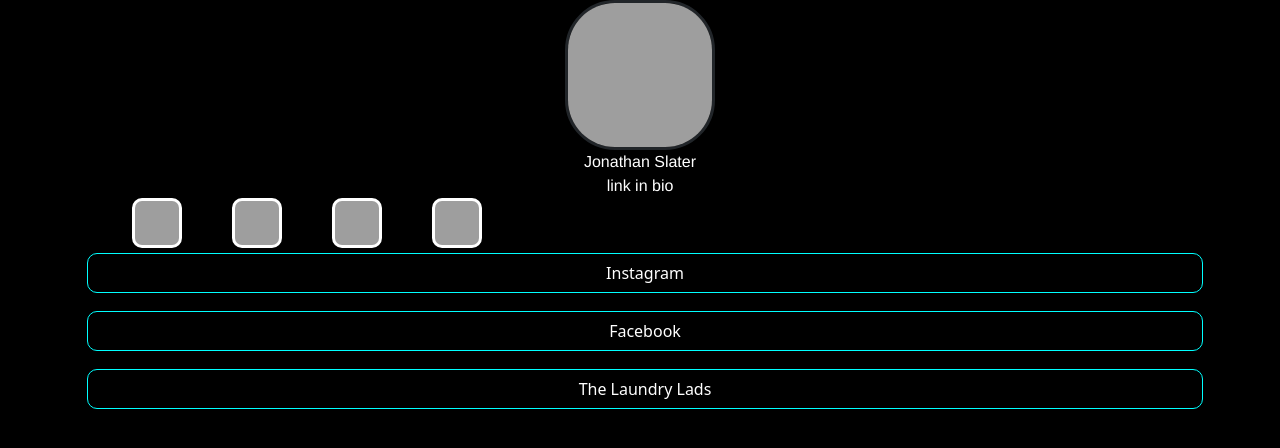
Repository: jontslater/LAB-link-in-bio
Page: index.html
An editor plug-in stored every save of this project. The page is shown before and after the next save, followed by the edit.
The browser window is 1280 px wide. The pictures show the whole page.
Pictures or frames that could not be fetched are drawn as grey boxes.

Above is the page before, as saved 2023-10-15 15:23:37.

After the next save:
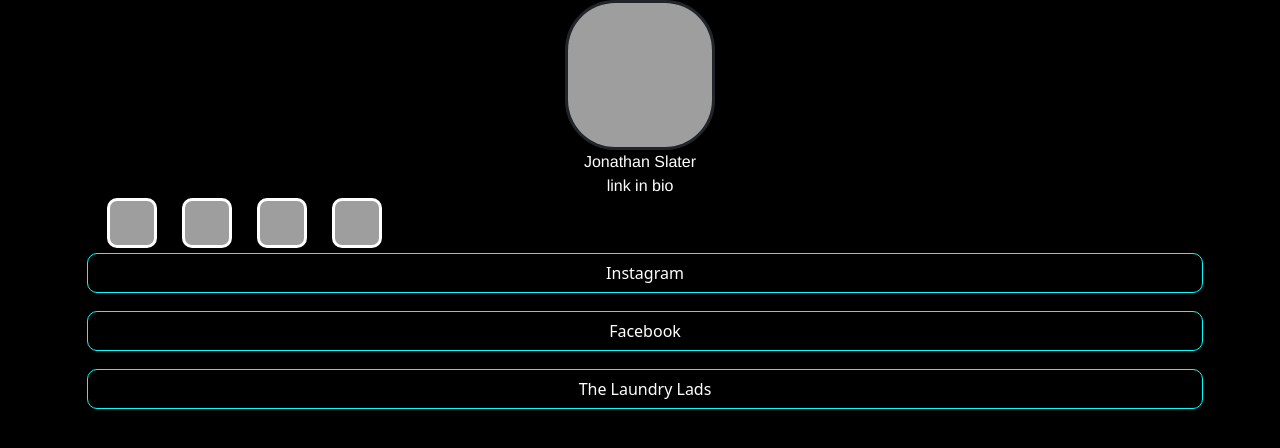
Saved 11 s later.
--- a/main.css
+++ b/main.css
@@ -48,5 +48,5 @@
 }
 
 .side {
-  margin-left: 50px
+  margin-left: 25px
 }
